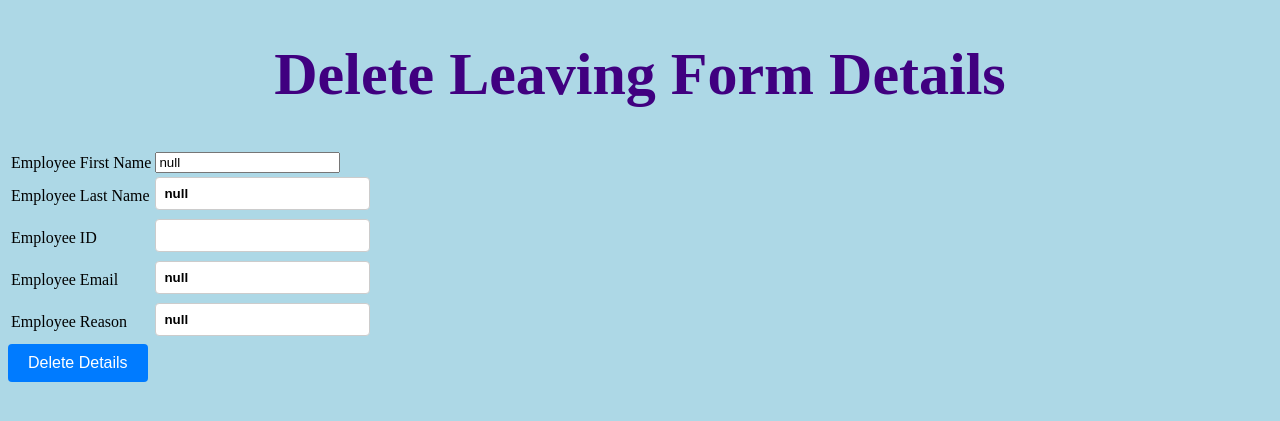
Repository: nishadi-s/Online-Staff-Management-System
Page: http://localhost/LeavingEmp/deleteEmp.jsp
These files come from the project's save history. The page is drawn as it stood at one moment and after the next save; the edit follows.
The browser window is 1280 px wide. The pictures show the whole page.
The page is served by Tomcat 9. Other server files are loaded and not shown.

Above is the page before, as saved 2023-10-24 12:17:40.

### LeavingEmp/src/main/webapp/deleteEmp.jsp
<%@ page language="java" contentType="text/html; charset=ISO-8859-1"
    pageEncoding="ISO-8859-1"%>
<!DOCTYPE html>
<html>
<head>
<meta charset="ISO-8859-1">
<title>Delete Details</title>
<link rel="stylesheet" href="deleteEmp.css">
</head>
<body>

<%
String f_name=request.getParameter("fname");
String l_name=request.getParameter("lname");
String u_id=request.getParameter("id");
String e_email=request.getParameter("eemail");
String e_reason=request.getParameter("ereason");
%>

<div class="header">
<h1>  Delete Leaving Form Details</h1>
</div>

<form action="delete" method= "post">
<table>
<tr>
<td>Employee First Name</td>
<td> <input type="text" name="fname" value="<%= f_name %>"readonly> </td>
</tr>

<tr>
<td>Employee Last Name</td>
<td> <input type="text" class="form-control" name="lname" value="<%= l_name %>"readonly> </td>
</tr>

<tr>
<td>Employee ID </td>
<td><input type="number" class="form-control"  name="id" value="<%= u_id %>"readonly></td>
 </tr>

 <tr>
<td>Employee Email </td>
<td><input type="email" class="form-control" name="eemail" value="<%= e_email %>"readonly> </td>
</tr>

<tr>
<td>Employee Reason</td>
<td> <input type="text" class="form-control" name="ereason" value="<%= e_reason %>"readonly> </td>
</tr>
</table>
<input type="submit" class="btn-primary"  name="submit" value="Delete Details"> <br>

</form>

</body>
</html>

### LeavingEmp/src/main/webapp/deleteEmp.css
@charset "ISO-8859-1";


.form-container{
    max-width: 700px;
    margin: 0 auto;
    padding: 30px;
    background-color:#5F9EA0;
    border-radius: 10px;
  }

.header {
  padding: 0px;
  text-align: center;
  color: rgb(64, 0, 128);
  font-size: 30px;
}


  body {
  background-color: lightblue;
}

  /* Style form elements */
  .form-group {
    margin-bottom: 25px;
  }

  .form-label {
    display: block;
    font-weight: bold;
    margin-bottom: 5px;
  }

  .form-control {
    display: block;
    font-weight: bold;
    margin-bottom: 5px;
  }

  .form-control {
    width: 100%;
    padding: 8px;
    border: 1px solid #ccc;
    border-radius: 4px;
  }

  /* Style submit button */
  .btn-primary {
    background-color: #007bff;
    color: #fff;
    padding: 10px 20px;
    border: none;
    border-radius: 4px;
    cursor: pointer;
    font-size: 16px;
  }

  .btn-primary:hover {
    background-color: #0056b3;
  }

After the next save:
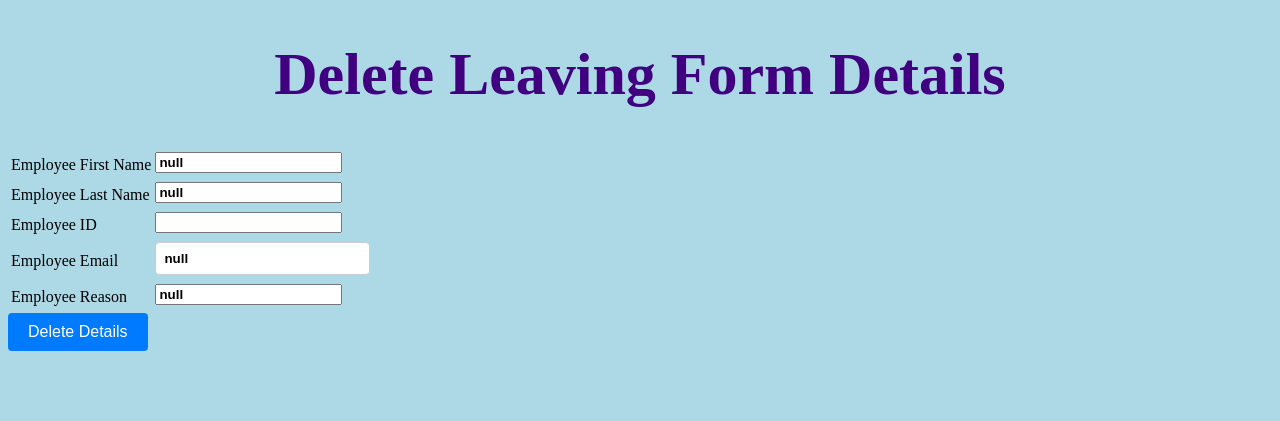
Saved 4 min 34 s later.
--- a/LeavingEmp/src/main/webapp/deleteEmp.jsp
+++ b/LeavingEmp/src/main/webapp/deleteEmp.jsp
@@ -25,17 +25,17 @@ String e_reason=request.getParameter("ereason");
 <table>
 <tr>
 <td>Employee First Name</td>
-<td> <input type="text" name="fname" value="<%= f_name %>"readonly> </td>
+<td> <input type="text" class="form-label"class="form-control" name="fname" value="<%= f_name %>"readonly> </td>
 </tr>
 
 <tr>
 <td>Employee Last Name</td>
-<td> <input type="text" class="form-control" name="lname" value="<%= l_name %>"readonly> </td>
+<td> <input type="text" class="form-label"class="form-control" name="lname" value="<%= l_name %>"readonly> </td>
 </tr>
 
 <tr>
 <td>Employee ID </td>
-<td><input type="number" class="form-control"  name="id" value="<%= u_id %>"readonly></td>
+<td><input type="number" class="form-label" class="form-control"  name="id" value="<%= u_id %>"readonly></td>
  </tr>
 
  <tr>
@@ -45,7 +45,7 @@ String e_reason=request.getParameter("ereason");
 
 <tr>
 <td>Employee Reason</td>
-<td> <input type="text" class="form-control" name="ereason" value="<%= e_reason %>"readonly> </td>
+<td> <input type="text" class="form-label" class="form-control" name="ereason" value="<%= e_reason %>"readonly> </td>
 </tr>
 </table>
 <input type="submit" class="btn-primary"  name="submit" value="Delete Details"> <br>
